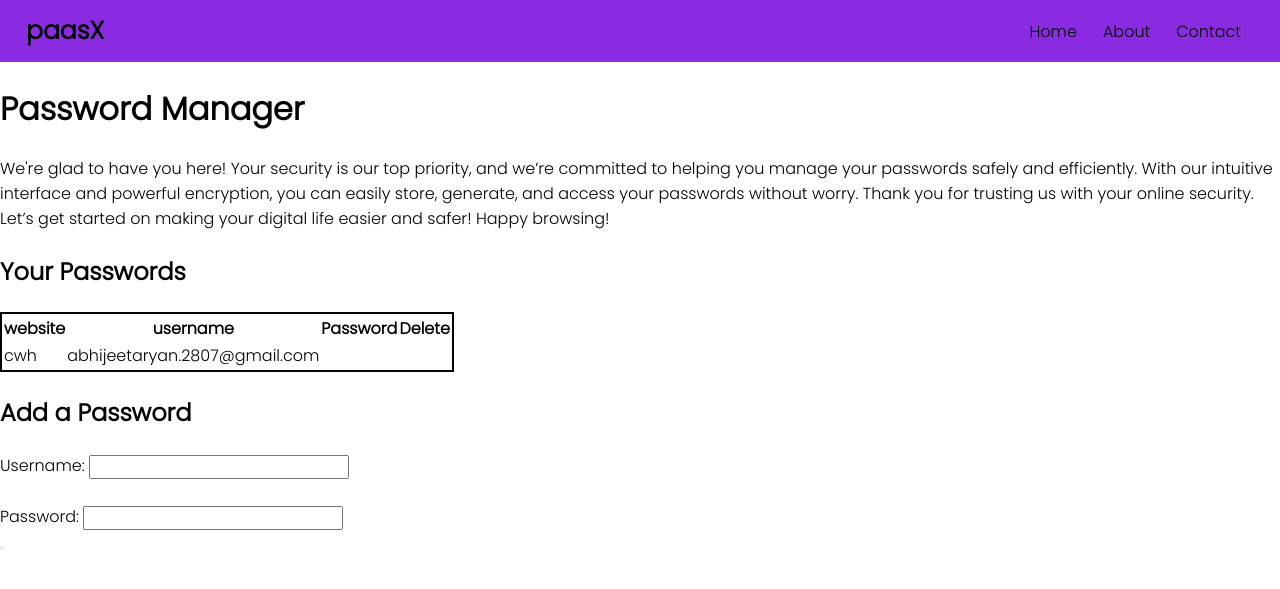
Repository: Abhi2807ar/PASSWORD-MANAGER
Page: index.html
An editor plug-in stored every save of this project. The page is shown before and after the next save, followed by the edit.
The browser window is 1280 px wide. The pictures show the whole page.

Above is the page before, as saved 2024-10-14 16:49:58.

After the next save:
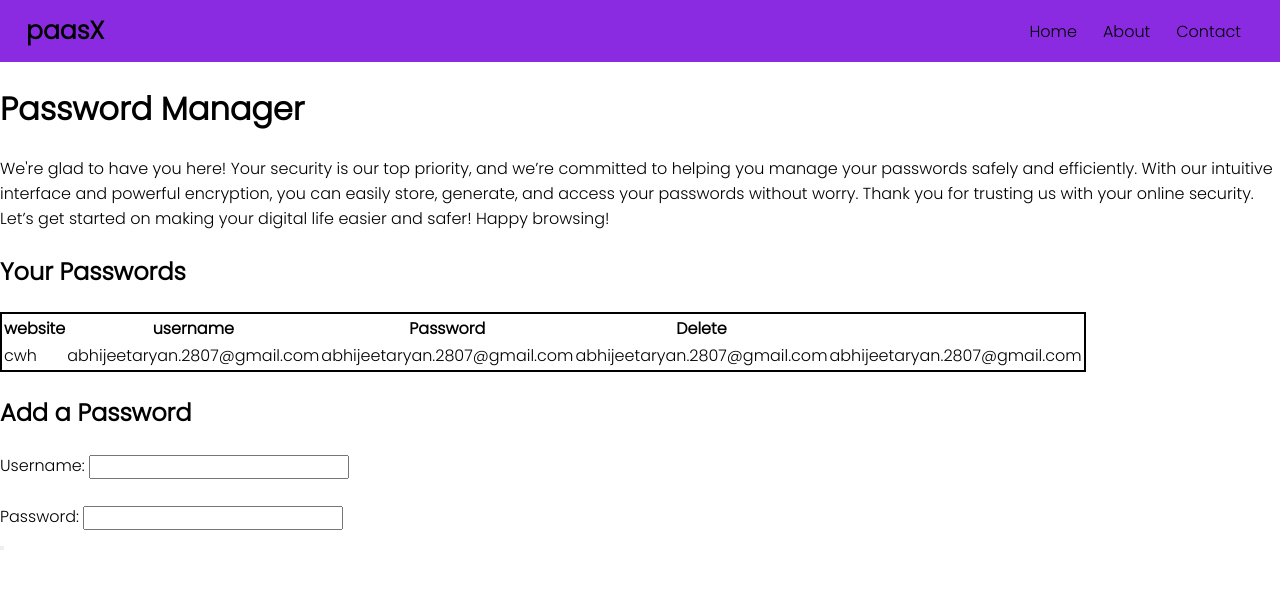
Saved 12 s later.
--- a/index.html
+++ b/index.html
@@ -38,6 +38,10 @@ Happy browsing!
             <tr>
               <td>cwh</td>
               <td>abhijeetaryan.2807@gmail.com</td>
+              <td>abhijeetaryan.2807@gmail.com</td>
+              <td>abhijeetaryan.2807@gmail.com</td>
+              <td>abhijeetaryan.2807@gmail.com</td>
+
 
               </tr>
           </table>
